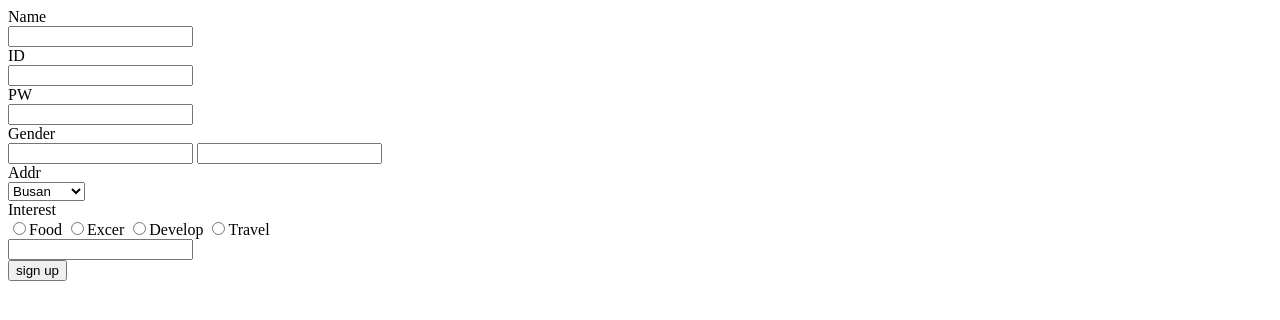
Repository: 9re9ori0426/Bootcamp
Page: webws/03_InputOutput/src/main/webapp/reg.html
The author's editor kept a copy of each file at every save. The page is drawn from the files as they stood at one save, then again after a run of saves.
The browser window is 1280 px wide. The pictures show the whole page.

Above is the page before, as saved 2026-10-20 07:35:11.

After the next 2 saves:
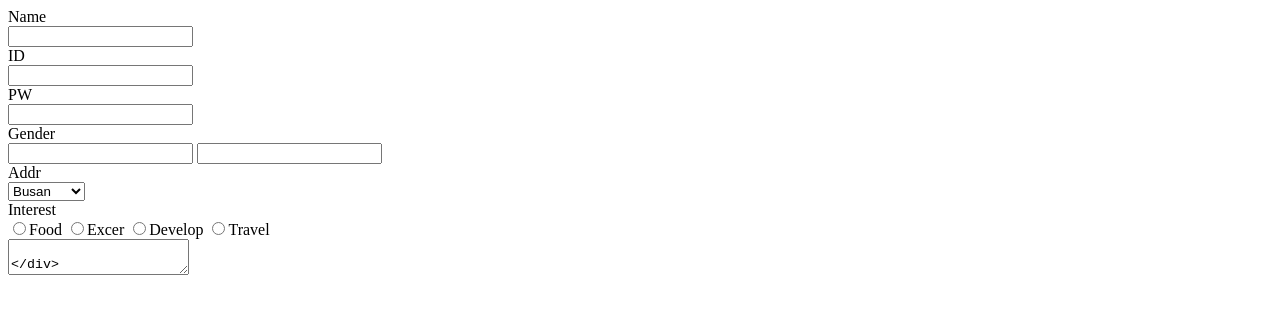
The 2 saves are shown as one change because they came seconds apart.
The last was saved 11 s later.
--- a/webws/03_InputOutput/src/main/webapp/reg.html
+++ b/webws/03_InputOutput/src/main/webapp/reg.html
@@ -39,7 +39,7 @@
 			<input type="radio">Travel</input>
 		</div>
 		<div class="signup-row">
-			<input type="textarea">
+			<textarea>
 		</div>
 
 
